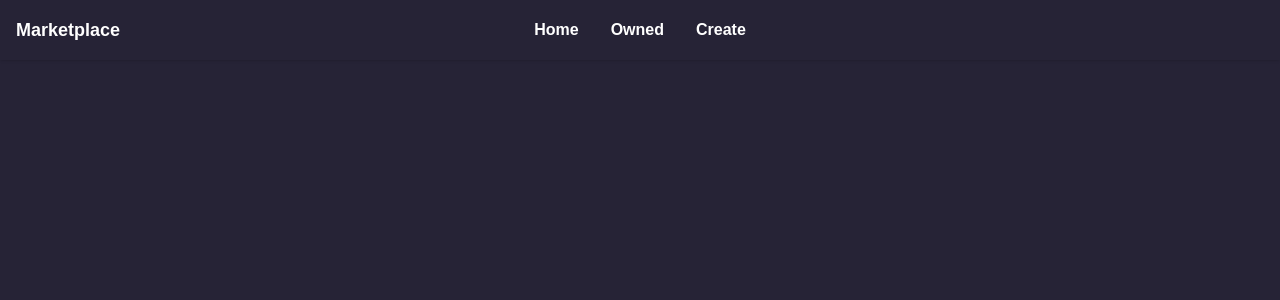
Repository: Kiendz3202/marketplace-frontend-nuxtjs
Page: /
An editor plug-in stored every save of this project. The page is shown before and after the next save, followed by the edit.
The browser window is 1280 px wide. The pictures show the whole page.
The project was rebuilt for these pictures with package versions that can differ from the ones it lists, and the page was loaded fresh each time. The framework's server and built-in components were replaced by stand-ins that run in the browser. Also part of the build but not shown: nuxt.config.js, pages/index.vue.

Above is the page before, as saved 2022-11-08 12:28:46.

After the next save:
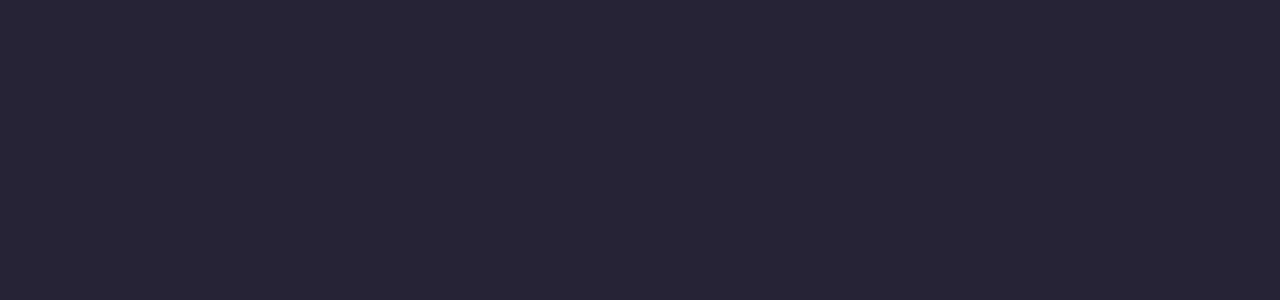
Console error: ReferenceError: AddressAvatar is not defined
Saved 31 s later.
--- a/components/topBar/TopBar.vue
+++ b/components/topBar/TopBar.vue
@@ -7,8 +7,8 @@
       <div class="flex-grow">
         <NavBar />
       </div>
-      <!-- <ConnectButton v-if="isMetamaskSupport" />
-      <span v-else>Please install metamask</span> -->
+      <ConnectButton v-if="isMetamaskSupport" />
+      <span v-else>Please install metamask</span>
     </div>
   </div>
 </template>
@@ -16,10 +16,12 @@
 <script>
 import NavBar from "./NavBar.vue";
 // import ConnectButton from "../connectWallet/ConnectButton.vue";
+import ConnectButton from "../connectWallet/ConnectButton.vue";
 export default {
   name: "TopBar",
   components: {
     NavBar,
+    ConnectButton,
   },
   data() {
     return {

After the save that followed:
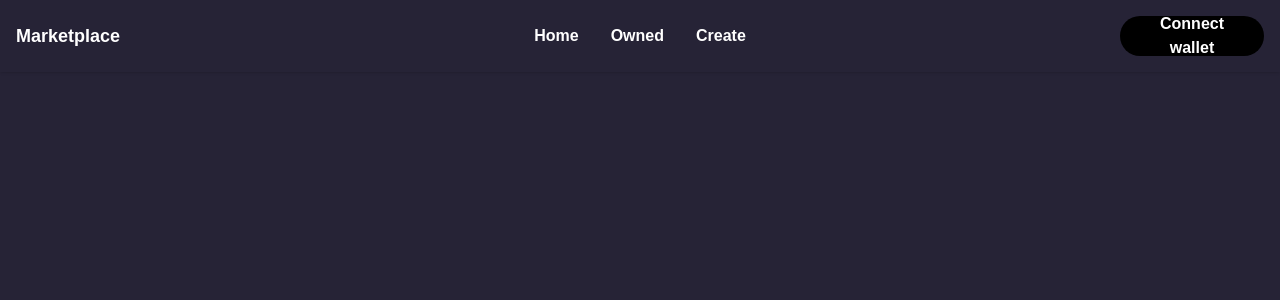
The error is gone.
Saved 29 s later.
--- a/components/connectWallet/ConnectButton.vue
+++ b/components/connectWallet/ConnectButton.vue
@@ -12,7 +12,7 @@
 
 <script>
 // import { mapState } from 'vuex';
-import AddressAvatarVue from "../AddressAvatar.vue";
+import AddressAvatar from "../AddressAvatar.vue";
 export default {
   name: "ConnectButton",
   components: {
